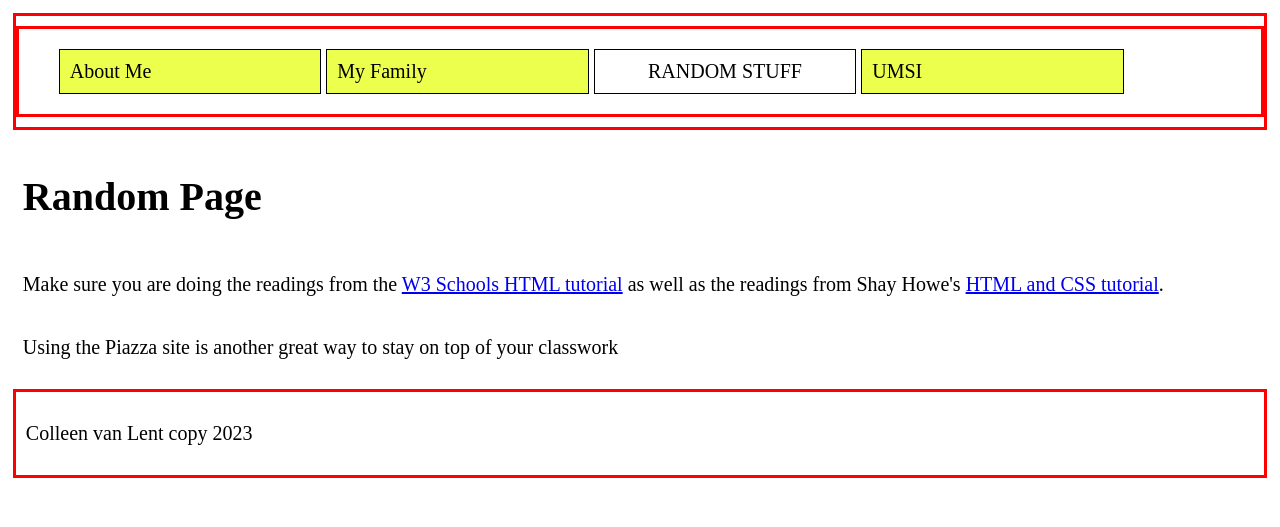
Repository: lulyany/hw1-2023
Page: random.html
The author's editor kept a copy of each file at every save. The page is drawn from the files as they stood at one save, then again after a run of saves.
The browser window is 1280 px wide. The pictures show the whole page.

Above is the page before, as saved 2023-09-04 18:51:32.
Not found: css/rest.css

After the next 4 saves:
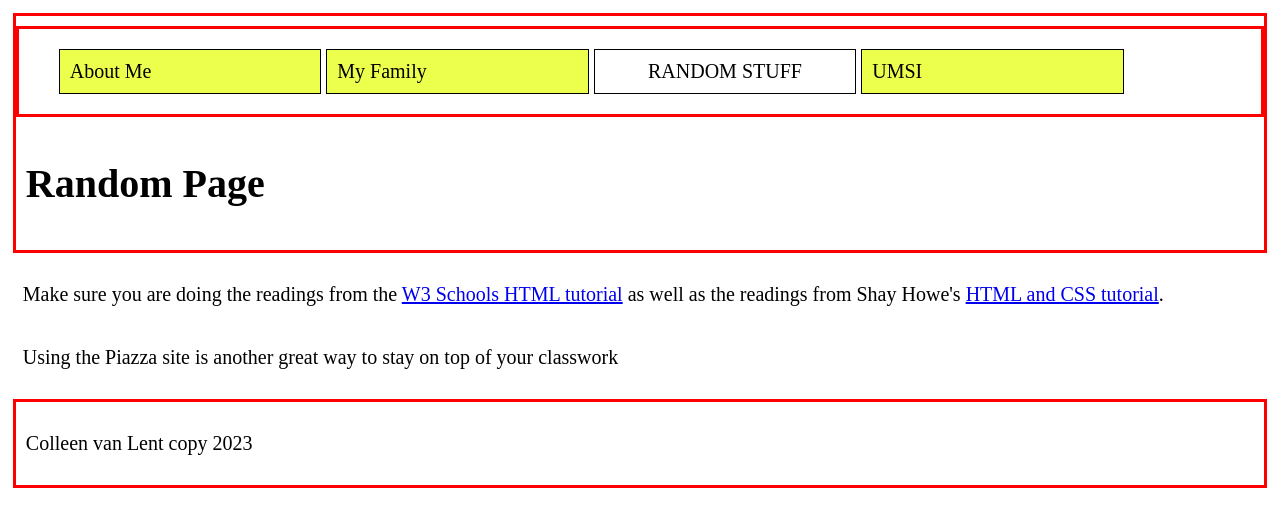
The 4 saves are shown as one change because they came seconds apart.
The last was saved 37 s later.
--- a/random.html
+++ b/random.html
@@ -20,9 +20,10 @@
 				<li>UMSI</li>
 			</ul>
 		</nav>
+		<h2>Random Page</h2>
 	</header>
 
-	<h2>Random Page</h2>
+
 
 	<p>Make sure you are doing the readings from the <a href = "www.w3schools.com/html/">W3 Schools HTML
 		tutorial</a> as well as the readings from Shay Howe's
